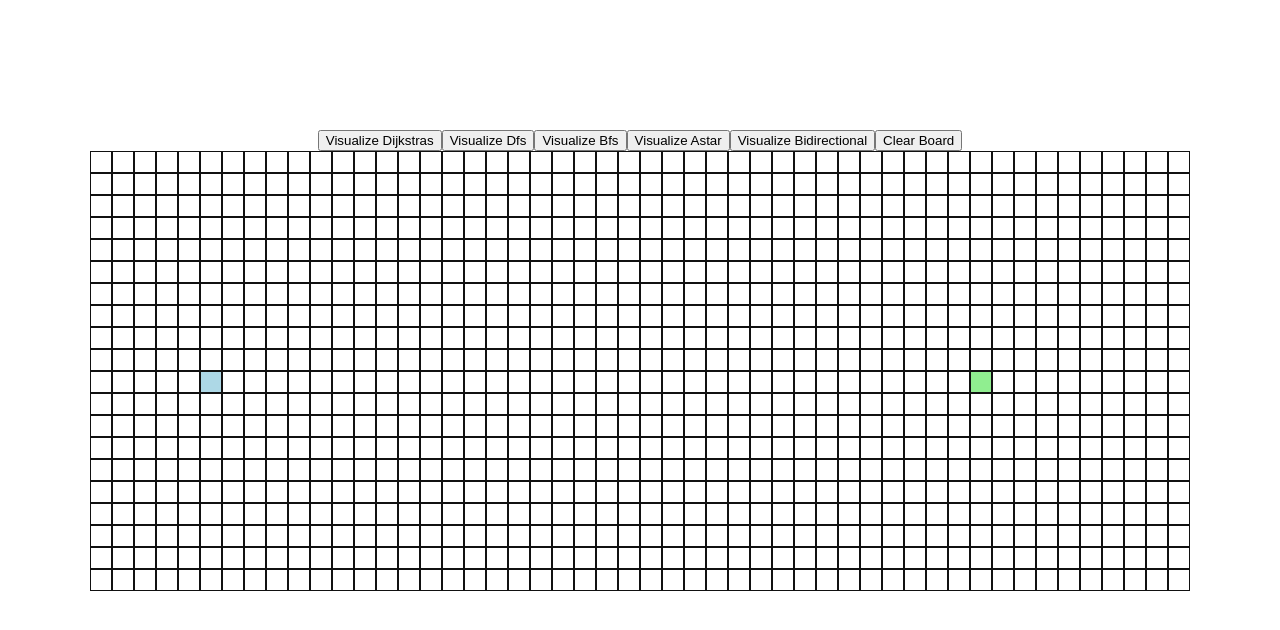
Repository: rehans-Life/Pathfinding-Visualizer
Page: /
An editor plug-in stored every save of this project. The page is shown before and after the next save, followed by the edit.
The browser window is 1280 px wide. The pictures show the whole page.
The project was rebuilt for these pictures with package versions that can differ from the ones it lists, and the page was loaded fresh each time. The framework's server and built-in components were replaced by stand-ins that run in the browser. Also part of the build but not shown: next.config.js.

Above is the page before, as saved 2023-03-10 10:10:02.

### pages/index.js
import Head from "next/head";
import styles from "../styles/Home.module.css";
import Node from "../components/Node";
import { visualizeDijistras } from "../algorithms/dijkstras";
import { useState } from "react";
import { visualizeDfs } from "../algorithms/dfs";
import { visualizeBfs } from "../algorithms/bfs";
import { visualizeAstar } from "../algorithms/aStar";
import { visualizeBidirectional } from "../algorithms/bidirectional";

export const START_ROW = 10;
export const START_COL = 40;
export const END_ROW = 10;
export const END_COL = 5;

function getInitialGrid() {
  let grid = [];
  for (let i = 0; i < 20; i++) {
    let row = [];
    for (let j = 0; j < 50; j++) {
      const node = {
        row: i,
        col: j,
        isStart: i === START_ROW && j === START_COL,
        isEnd: i === END_ROW && j === END_COL,
        distance: Infinity,
        parent: null,
        isVisited: false,
        isInPath: false,
        isWall: false,
        huristic: Infinity,
        totalDistance: 0,
      };
      row.push(node);
    }
    grid.push(row);
  }
  return grid;
}

const canBecomeWall = (row, col) => {
  return row != END_ROW || col != END_COL;
};

export default function Home() {
  const [grid, setGrid] = useState(getInitialGrid());
  const [mouseDown, setMouseDown] = useState(false);

  const handleMouseDown = (row, col) => {
    if (!canBecomeWall(row, col)) return;
    setMouseDown(true);
    setCellAsWall(row, col);
  };

  const handleMouseEnter = (row, col) => {
    if (!canBecomeWall(row, col)) return;
    if (mouseDown) {
      setCellAsWall(row, col);
    }
  };

  const handleMouseUp = () => {
    setMouseDown(false);
  };

  const setCellAsWall = (row, col) => {
    let newGrid = grid.slice();
    newGrid[row][col].isWall = !newGrid[row][col].isWall;
    setGrid(newGrid);
  };

  return (
    <div className={styles.container}>
      <Head>
        <title>Pathfinding Visualizer</title>
        <meta name="description" content="Generated by create next app" />
        <link rel="icon" href="/favicon.ico" />
      </Head>
      <div className={styles.buttons}>
        <button onClick={() => visualizeDijistras(grid, setGrid)}>
          Visualize Dijkstras
        </button>
        <button onClick={() => visualizeDfs(grid, setGrid)}>
          Visualize Dfs
        </button>
        <button onClick={() => visualizeBfs(grid, setGrid)}>
          Visualize Bfs
        </button>
        <button onClick={() => visualizeAstar(grid, setGrid)}>
          Visualize Astar
        </button>
        <button onClick={() => visualizeBidirectional(grid, setGrid)}>
          Visualize Bidirectional
        </button>
        <button onClick={() => setGrid(getInitialGrid())}>Clear Board</button>
      </div>
      {grid.map((row, index) => (
        <div key={index} className={styles.row}>
          {row.map((node, index) => (
            <Node
              key={index}
              row={node.row}
              col={node.col}
              isStart={node.isStart}
              isEnd={node.isEnd}
              distance={node.distance}
              isVisited={node.isVisited}
              isInPath={node.isInPath}
              isWall={node.isWall}
              handleMouseDown={handleMouseDown}
              handleMouseUp={handleMouseUp}
              handleMouseEnter={handleMouseEnter}
            ></Node>
          ))}
        </div>
      ))}
    </div>
  );
}

### styles/Home.module.css
.container {
  display: flex;
  flex-direction: column;
  justify-content: center;
  align-items: center;
  width: 100vw;
  height: 100vh;
}
.node {
  padding: 10px;
  border: 1px solid #111;
  width: 10px;
}

.row {
  display: flex;
}
.button {
  display: flex;
  align-items: center;
}

.startNode {
  padding: 10px;
  border: 1px solid #111;
  width: 10px;
  background-color: lightgreen;
}
.visited {
  background-color: yellowgreen;
  padding: 10px;
  border: 1px solid #111;
  width: 10px;
}

.wall {
  background-color: darkcyan;
  padding: 10px;
  border: 1px solid #111;
  width: 10px;
}

.inPath {
  background-color: burlywood;
  padding: 10px;
  border: 1px solid #111;
  width: 10px;
}

.endNode {
  padding: 10px;
  border: 1px solid #111;
  width: 10px;
  background-color: lightblue;
}

### components/Node.js
import React from "react";
import styles from "../styles/Home.module.css";

export default function Node({
  row,
  col,
  isStart,
  isEnd,
  isWall,
  isInPath,
  isVisited,
  handleMouseDown,
  handleMouseUp,
  handleMouseEnter,
}) {
  return (
    <div
      onMouseDown={() => handleMouseDown(row, col)}
      onMouseUp={handleMouseUp}
      onMouseEnter={() => handleMouseEnter(row, col)}
      className={
        isStart
          ? styles.startNode
          : isEnd
          ? styles.endNode
          : isWall
          ? styles.wall
          : isInPath
          ? styles.inPath
          : isVisited
          ? styles.visited
          : styles.node
      }
    >
      {" "}
    </div>
  );
}

### algorithms/dijkstras.js
import { END_COL, END_ROW, START_COL, START_ROW } from "../pages";

class PriorityQueue {
  constructor() {
    this.heap = [];
  }

  isEmpty() {
    return this.heap.length == 0;
  }

  insert(node) {
    this.heap.push(node);
    let i = this.heap.length - 1;
    this.siftup(i);
  }

  delete() {
    let temp = this.heap[0];
    this.heap[0] = this.heap[this.heap.length - 1];
    this.heap.pop();
    this.shiftdown(0);
    return temp;
  }

  siftup(i) {
    let parent = Math.floor((i - 1) / 2);
    while (parent >= 0 && this.heap[parent].distance > this.heap[i].distance) {
      let temp = this.heap[parent];
      this.heap[parent] = this.heap[i];
      this.heap[i] = temp;
      i = parent;
      parent = Math.floor((i - 1) / 2);
    }
  }
  shiftdown(i) {
    let leftChild = i * 2 + 1;
    let rightChild = i * 2 + 2;
    let n = this.heap.length;

    while (
      (leftChild < n &&
        this.heap[leftChild].distance < this.heap[i].distance) ||
      (rightChild < n && this.heap[rightChild].distance < this.heap[i].distance)
    ) {
      let smaller =
        rightChild >= n ||
        this.heap[leftChild].distance <= this.heap[rightChild].distance
          ? leftChild
          : rightChild;

      let temp = this.heap[i];
      this.heap[i] = this.heap[smaller];
      this.heap[smaller] = temp;

      i = smaller;
      leftChild = i * 2 + 1;
      rightChild = i * 2 + 2;
    }
  }
}

function isValid(row, col) {
  return row < 20 && row >= 0 && col < 50 && col >= 0;
}

export function dijkstras(grid, src, target) {
  let priorityQueue = new PriorityQueue();
  let delRow = [-1, +1, 0, 0];
  let delCol = [0, 0, -1, +1];

  let visitedNodes = [];

  priorityQueue.insert(src);
  src.distance = 0;
  visitedNodes.push(src);

  while (!priorityQueue.isEmpty()) {
    let node = priorityQueue.delete();

    for (let i = 0; i < 4; i++) {
      let adjRow = node.row + delRow[i];
      let adjCol = node.col + delCol[i];
      let newDistance = node.distance + 1;

      if (isValid(adjRow, adjCol)) {
        let adjNode = grid[adjRow][adjCol];
        if (!adjNode.isWall && newDistance < adjNode.distance) {
          adjNode.distance = newDistance;
          adjNode.parent = node;
          if (adjNode.row === target.row && adjNode.col === target.col) {
            return visitedNodes;
          }
          visitedNodes.push(adjNode);
          priorityQueue.insert(adjNode);
        }
      }
    }
  }
  return visitedNodes;
}

const animteDijkstras = (visitedNodes, path, grid, setGrid) => {
  for (let i = 0; i < visitedNodes?.length; i++) {
    if (i === visitedNodes.length - 1) {
      setTimeout(() => {
        animatePath(path, grid, setGrid);
      }, 10 * i);
    }
    setTimeout(() => {
      let newGrid = grid.slice();

      let node = visitedNodes[i];
      let newNode = {
        ...node,
        isVisited: true,
      };

      newGrid[node.row][node.col] = newNode;
      setGrid(newGrid);
    }, 10 * i);
  }
};

const animatePath = (path, grid, setGrid) => {
  for (let i = 0; i < path?.length; i++) {
    setTimeout(() => {
      let newGrid = grid.slice();

      let node = path[i];
      let newNode = {
        ...node,
        isInPath: true,
      };

      newGrid[node.row][node.col] = newNode;
      setGrid(newGrid);
    }, 50 * i);
  }
};

export const visualizeDijistras = (grid, setGrid) => {
  let startNode = grid[START_ROW][START_COL];
  let endNode = grid[END_ROW][END_COL];
  let visitedNodes = dijkstras(grid, startNode, endNode);
  let node = grid[END_ROW][END_COL];
  let path = [];
  while (node) {
    path.push(node);
    node = node.parent;
  }
  path.reverse();
  animteDijkstras(visitedNodes, path, grid, setGrid);
};

### algorithms/dfs.js
import { END_COL, END_ROW, START_COL, START_ROW } from "../pages";

export function visualizeDfs(grid, setGrid) {
  let startNode = grid[START_ROW][START_COL];
  let endNode = grid[END_ROW][END_COL];
  let visitedNodes = dfs(grid, startNode, endNode);
  let path = [];
  let node = endNode;
  while (node) {
    path.push(node);
    node = node.parent;
  }
  path.reverse();
  animateDfs(visitedNodes, path, grid, setGrid);
}

function animateDfs(visitedNodes, path, grid, setGrid) {
  for (let i = 0; i < visitedNodes.length; i++) {
    setTimeout(() => {
      if (i === visitedNodes.length - 1) {
        animatePath(path, grid, setGrid);
      }
      let newGrid = grid.slice();

      let node = visitedNodes[i];
      let newNode = {
        ...node,
        isVisited: true,
      };

      newGrid[node.row][node.col] = newNode;
      setGrid(newGrid);
    }, 10 * i);
  }
}

function animatePath(path, grid, setGrid) {
  for (let i = 0; i < path.length; i++) {
    setTimeout(() => {
      let newGrid = grid.slice();

      let node = path[i];
      let newNode = {
        ...node,
        isInPath: true,
      };

      newGrid[node.row][node.col] = newNode;
      setGrid(newGrid);
    }, 10 * i);
  }
}

function isValid(row, col) {
  return row < 20 && row >= 0 && col < 50 && col >= 0;
}

function dfs(grid, src, target) {
  let visitedNodes = [];
  let delRow = [-1, 0, 0, +1];
  let delCol = [0, +1, -1, 0];

  function helper(node, parent) {
    node.distance = 1;
    node.parent = parent;
    visitedNodes.push(node);

    if (node.row === target.row && node.col === target.col) {
      return true;
    }

    for (let i = 0; i < 4; i++) {
      let adjRow = node.row + delRow[i];
      let adjCol = node.col + delCol[i];

      if (isValid(adjRow, adjCol)) {
        let adjNode = grid[adjRow][adjCol];
        if (!adjNode.isWall && adjNode.distance === Infinity) {
          if (helper(adjNode, node)) {
            return true;
          }
        }
      }
    }
  }

  helper(src, null);
  return visitedNodes;
}

### algorithms/bfs.js
import { END_COL, END_ROW, START_COL, START_ROW } from "../pages";

function isValid(row, col) {
  return row < 20 && row >= 0 && col < 50 && col >= 0;
}

export function bfs(grid, src, target) {
  let queue = [];
  let delRow = [-1, +1, 0, 0];
  let delCol = [0, 0, -1, +1];

  let visitedNodes = [];

  queue.push(src);
  src.distance = 0;
  visitedNodes.push(src);

  while (queue.length) {
    let node = queue.shift();

    for (let i = 0; i < 4; i++) {
      let adjRow = node.row + delRow[i];
      let adjCol = node.col + delCol[i];
      let newDistance = node.distance + 1;

      if (isValid(adjRow, adjCol)) {
        let adjNode = grid[adjRow][adjCol];
        if (!adjNode.isWall && newDistance < adjNode.distance) {
          adjNode.distance = newDistance;
          adjNode.parent = node;
          if (adjNode.row === target.row && adjNode.col === target.col) {
            return visitedNodes;
          }
          visitedNodes.push(adjNode);
          queue.push(adjNode);
        }
      }
    }
  }
  return visitedNodes;
}

const animateBfs = (visitedNodes, path, grid, setGrid) => {
  for (let i = 0; i < visitedNodes?.length; i++) {
    if (i === visitedNodes.length - 1) {
      setTimeout(() => {
        animatePath(path, grid, setGrid);
      }, 10 * i);
    }
    setTimeout(() => {
      let newGrid = grid.slice();

      let node = visitedNodes[i];
      let newNode = {
        ...node,
        isVisited: true,
      };

      newGrid[node.row][node.col] = newNode;
      setGrid(newGrid);
    }, 10 * i);
  }
};

const animatePath = (path, grid, setGrid) => {
  for (let i = 0; i < path?.length; i++) {
    setTimeout(() => {
      let newGrid = grid.slice();

      let node = path[i];
      let newNode = {
        ...node,
        isInPath: true,
      };

      newGrid[node.row][node.col] = newNode;
      setGrid(newGrid);
    }, 50 * i);
  }
};

export const visualizeBfs = (grid, setGrid) => {
  let startNode = grid[START_ROW][START_COL];
  let endNode = grid[END_ROW][END_COL];
  let visitedNodes = bfs(grid, startNode, endNode);
  let node = grid[END_ROW][END_COL];
  let path = [];
  while (node) {
    path.push(node);
    node = node.parent;
  }
  path.reverse();
  animateBfs(visitedNodes, path, grid, setGrid);
};

### algorithms/aStar.js
import { END_COL, END_ROW, START_COL, START_ROW } from "../pages";

function isValid(row, col) {
  return row < 20 && row >= 0 && col < 50 && col >= 0;
}

class PriorityQueue {
  constructor() {
    this.heap = [];
  }

  isEmpty() {
    return this.heap.length == 0;
  }

  insert(node) {
    this.heap.push(node);
    let i = this.heap.length - 1;
    this.siftup(i);
  }

  delete() {
    let temp = this.heap[0];
    this.heap[0] = this.heap[this.heap.length - 1];
    this.heap.pop();
    this.shiftdown(0);
    return temp;
  }

  siftup(i) {
    let parent = Math.floor((i - 1) / 2);
    while (
      parent >= 0 &&
      this.heap[parent].totalDistance > this.heap[i].totalDistance
    ) {
      let temp = this.heap[parent];
      this.heap[parent] = this.heap[i];
      this.heap[i] = temp;
      i = parent;
      parent = Math.floor((i - 1) / 2);
    }
  }
  shiftdown(i) {
    let leftChild = i * 2 + 1;
    let rightChild = i * 2 + 2;
    let n = this.heap.length;

    while (
      (leftChild < n &&
        this.heap[leftChild].totalDistance < this.heap[i].totalDistance) ||
      (rightChild < n &&
        this.heap[rightChild].totalDistance < this.heap[i].totalDistance)
    ) {
      let smaller =
        rightChild >= n ||
        this.heap[leftChild].totalDistance <=
          this.heap[rightChild].totalDistance
          ? leftChild
          : rightChild;

      let temp = this.heap[i];
      this.heap[i] = this.heap[smaller];
      this.heap[smaller] = temp;

      i = smaller;
      leftChild = i * 2 + 1;
      rightChild = i * 2 + 2;
    }
  }
}

class PriorityQueueII {
  constructor() {
    this.heap = [];
  }

  isEmpty() {
    return this.heap.length == 0;
  }

  insert(node) {
    this.heap.push(node);
    let i = this.heap.length - 1;
    this.siftup(i);
  }

  delete() {
    let temp = this.heap[0];
    this.heap[0] = this.heap[this.heap.length - 1];
    this.heap.pop();
    this.shiftdown(0);
    return temp;
  }

  siftup(i) {
    let parent = Math.floor((i - 1) / 2);
    while (parent >= 0 && this.heap[parent].huristic > this.heap[i].huristic) {
      let temp = this.heap[parent];
      this.heap[parent] = this.heap[i];
      this.heap[i] = temp;
      i = parent;
      parent = Math.floor((i - 1) / 2);
    }
  }
  shiftdown(i) {
    let leftChild = i * 2 + 1;
    let rightChild = i * 2 + 2;
    let n = this.heap.length;

    while (
      (leftChild < n &&
        this.heap[leftChild].huristic < this.heap[i].huristic) ||
      (rightChild < n && this.heap[rightChild].huristic < this.heap[i].huristic)
    ) {
      let smaller =
        rightChild >= n ||
        this.heap[leftChild].huristic <= this.heap[rightChild].huristic
          ? leftChild
          : rightChild;

      let temp = this.heap[i];
      this.heap[i] = this.heap[smaller];
      this.heap[smaller] = temp;

      i = smaller;
      leftChild = i * 2 + 1;
      rightChild = i * 2 + 2;
    }
  }
}

function dijkstras(grid, src) {
  const priorityQueueII = new PriorityQueue();
  let delRow = [-1, 0, 0, +1];
  let delCol = [0, +1, -1, 0];

  priorityQueueII.insert(src);
  src.huristic = 0;

  while (!priorityQueueII.isEmpty()) {
    let node = priorityQueueII.delete();

    for (let i = 0; i < 4; i++) {
      let adjRow = node.row + delRow[i];
      let adjCol = node.col + delCol[i];
      let newHuristic = node.huristic + 1;

      if (isValid(adjRow, adjCol)) {
        let adjNode = grid[adjRow][adjCol];
        if (!adjNode.isWall && newHuristic < adjNode.huristic) {
          adjNode.huristic = newHuristic;
          priorityQueueII.insert(adjNode);
        }
      }
    }
  }
}

function aStar(grid, src, target) {
  dijkstras(grid, target);
  const priorityQueue = new PriorityQueue();
  let delRow = [-1, 0, 0, +1];
  let delCol = [0, +1, -1, 0];
  let visitedNodes = [];
  priorityQueue.insert(src);
  src.distance = 0;
  visitedNodes.push(src);
  src.totalDistance = src.distance + src.huristic;

  while (!priorityQueue.isEmpty()) {
    let node = priorityQueue.delete();

    for (let i = 0; i < 4; i++) {
      let adjRow = node.row + delRow[i];
      let adjCol = node.col + delCol[i];
      let newDistance = node.distance + 1;

      if (isValid(adjRow, adjCol)) {
        let adjNode = grid[adjRow][adjCol];
        if (!adjNode.isWall && newDistance < adjNode.distance) {
          adjNode.distance = newDistance;
          adjNode.totalDistance = adjNode.distance + adjNode.huristic;
          adjNode.parent = node;
          if (adjNode.row === target.row && adjNode.col === target.col) {
            return visitedNodes;
          }
          visitedNodes.push(adjNode);
          priorityQueue.insert(adjNode);
        }
      }
    }
  }
  return visitedNodes;
}

const animateAstar = (visitedNodes, path, grid, setGrid) => {
  for (let i = 0; i < visitedNodes?.length; i++) {
    if (i === visitedNodes.length - 1) {
      setTimeout(() => {
        animatePath(path, grid, setGrid);
      }, 10 * i);
    }
    setTimeout(() => {
      let newGrid = grid.slice();

      let node = visitedNodes[i];
      let newNode = {
        ...node,
        isVisited: true,
      };

      newGrid[node.row][node.col] = newNode;
      setGrid(newGrid);
    }, 10 * i);
  }
};

const animatePath = (path, grid, setGrid) => {
  for (let i = 0; i < path?.length; i++) {
    setTimeout(() => {
      let newGrid = grid.slice();

      let node = path[i];
      let newNode = {
        ...node,
        isInPath: true,
      };

      newGrid[node.row][node.col] = newNode;
      setGrid(newGrid);
    }, 50 * i);
  }
};

export const visualizeAstar = (grid, setGrid) => {
  let startNode = grid[START_ROW][START_COL];
  let endNode = grid[END_ROW][END_COL];
  let visitedNodes = aStar(grid, startNode, endNode);
  let node = grid[END_ROW][END_COL];
  let path = [];
  while (node) {
    path.push(node);
    node = node.parent;
  }
  path.reverse();
  animateAstar(visitedNodes, path, grid, setGrid);
};

### algorithms/bidirectional.js
import { END_COL, END_ROW, START_COL, START_ROW } from "../pages";

function isValid(row, col) {
  return row < 20 && row >= 0 && col < 50 && col >= 0;
}

function bidirectional(grid, src, target) {
  let forwardQueue = [];
  let backwardQueue = [];

  let forwardVisitedNodes = [];
  let backwardVisitedNodes = [];

  src.distance = 0;
  forwardQueue.push(src);
  forwardVisitedNodes.push(src);

  target.distance = 0;
  backwardQueue.push(target);
  backwardVisitedNodes.push(target);

  while (forwardQueue.length && backwardQueue.length) {
    let forwardintersectingNodes = bfs(
      grid,
      forwardQueue,
      forwardVisitedNodes,
      backwardVisitedNodes
    );
    if (forwardintersectingNodes) {
      return [
        answer(forwardVisitedNodes, backwardVisitedNodes),
        genertatePath(forwardintersectingNodes),
      ];
    }
    let backwardIntersectingNodes = bfs(
      grid,
      backwardQueue,
      backwardVisitedNodes,
      forwardVisitedNodes
    );
    if (backwardIntersectingNodes) {
      return [
        answer(forwardVisitedNodes, backwardVisitedNodes),
        genertatePath(backwardIntersectingNodes),
      ];
    }
  }
  return answer(forwardVisitedNodes, backwardVisitedNodes);
}

function answer(forwardVisitedNodes, backwardVisitedNodes) {
  let visitedNodes = [];
  let n = forwardVisitedNodes.length;
  let m = backwardVisitedNodes.length;

  let greater = n > m ? n : m;

  for (let i = 0; i < greater; i++) {
    if (i < n) visitedNodes.push(forwardVisitedNodes[i]);
    if (i < m) visitedNodes.push(backwardVisitedNodes[i]);
  }
  return visitedNodes;
}

function genertatePath(intersectingingNodes) {
  let forwardPath = [];
  let forwardNode = intersectingingNodes[0];
  while (forwardNode) {
    forwardPath.push(forwardNode);
    forwardNode = forwardNode.parent;
  }
  forwardPath.reverse();
  let backwardPath = [];
  let backwardNode = intersectingingNodes[1];
  while (backwardNode) {
    backwardPath.push(backwardNode);
    backwardNode = backwardNode.parent;
  }
  let path = [...forwardPath, ...backwardPath];
  return path;
}

function bfs(grid, queue, directionVisitedNodes, visitedNodes) {
  let node = queue.shift();
  let delRow = [-1, +1, 0, 0];
  let delCol = [0, 0, -1, +1];

  for (let i = 0; i < 4; i++) {
    let adjRow = node.row + delRow[i];
    let adjCol = node.col + delCol[i];
    let newDistance = node.distance + 1;

    if (isValid(adjRow, adjCol)) {
      let adjNode = grid[adjRow][adjCol];

      if (visitedNodes.includes(adjNode)) {
        return [adjNode, node];
      }

      if (!adjNode.isWall && newDistance < adjNode.distance) {
        adjNode.distance = newDistance;
        adjNode.parent = node;
        directionVisitedNodes.push(adjNode);
        queue.push(adjNode);
      }
    }
  }
}

const animateBidirectional = (visitedNodes, path, grid, setGrid) => {
  for (let i = 0; i < visitedNodes?.length; i++) {
    if (i === visitedNodes.length - 1) {
      setTimeout(() => {
        animatePath(path, grid, setGrid);
      }, 10 * i);
    }
    setTimeout(() => {
      let newGrid = grid.slice();

      let node = visitedNodes[i];
      let newNode = {
        ...node,
        isVisited: true,
      };

      newGrid[node.row][node.col] = newNode;
      setGrid(newGrid);
    }, 10 * i);
  }
};

const animatePath = (path, grid, setGrid) => {
  for (let i = 0; i < path?.length; i++) {
    setTimeout(() => {
      let newGrid = grid.slice();

      let node = path[i];
      let newNode = {
        ...node,
        isInPath: true,
      };

      newGrid[node.row][node.col] = newNode;
      setGrid(newGrid);
    }, 50 * i);
  }
};

export const visualizeBidirectional = (grid, setGrid) => {
  let startNode = grid[START_ROW][START_COL];
  let endNode = grid[END_ROW][END_COL];
  let [visitedNodes, path] = bidirectional(grid, startNode, endNode);
  animateBidirectional(visitedNodes, path, grid, setGrid);
};

Loaded but not shown: pages/_app.js (common file); styles/globals.css (common file)

After the next save:
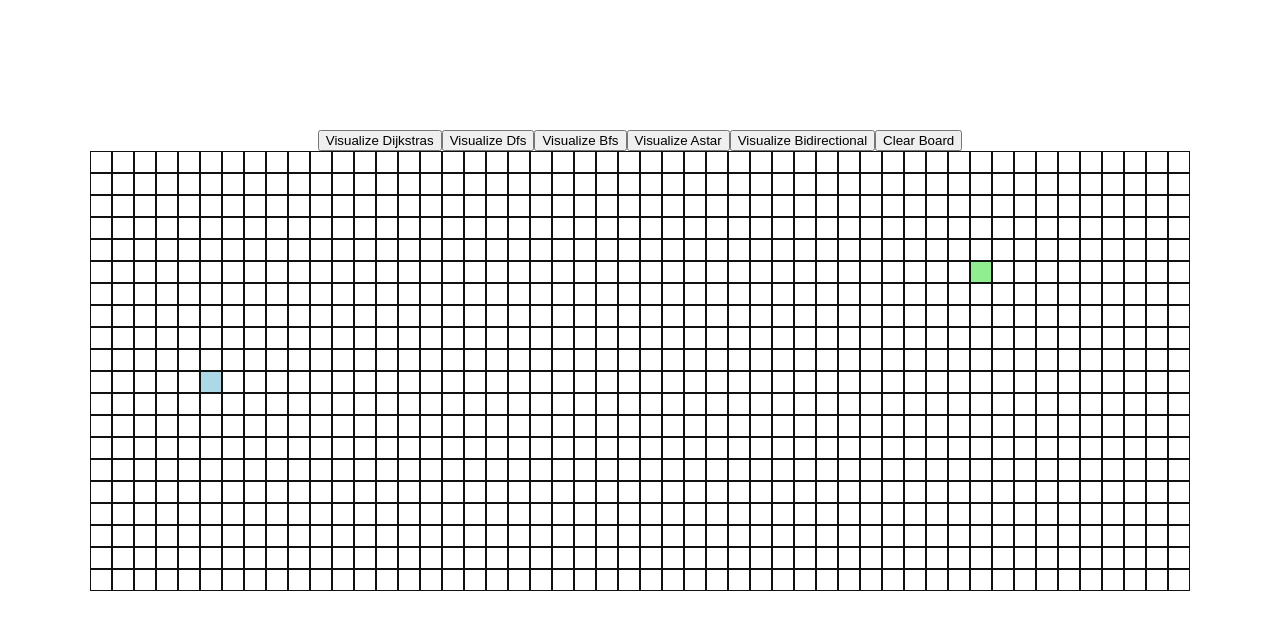
Saved 36 s later.
--- a/pages/index.js
+++ b/pages/index.js
@@ -8,7 +8,7 @@ import { visualizeBfs } from "../algorithms/bfs";
 import { visualizeAstar } from "../algorithms/aStar";
 import { visualizeBidirectional } from "../algorithms/bidirectional";
 
-export const START_ROW = 10;
+export const START_ROW = 5;
 export const START_COL = 40;
 export const END_ROW = 10;
 export const END_COL = 5;
